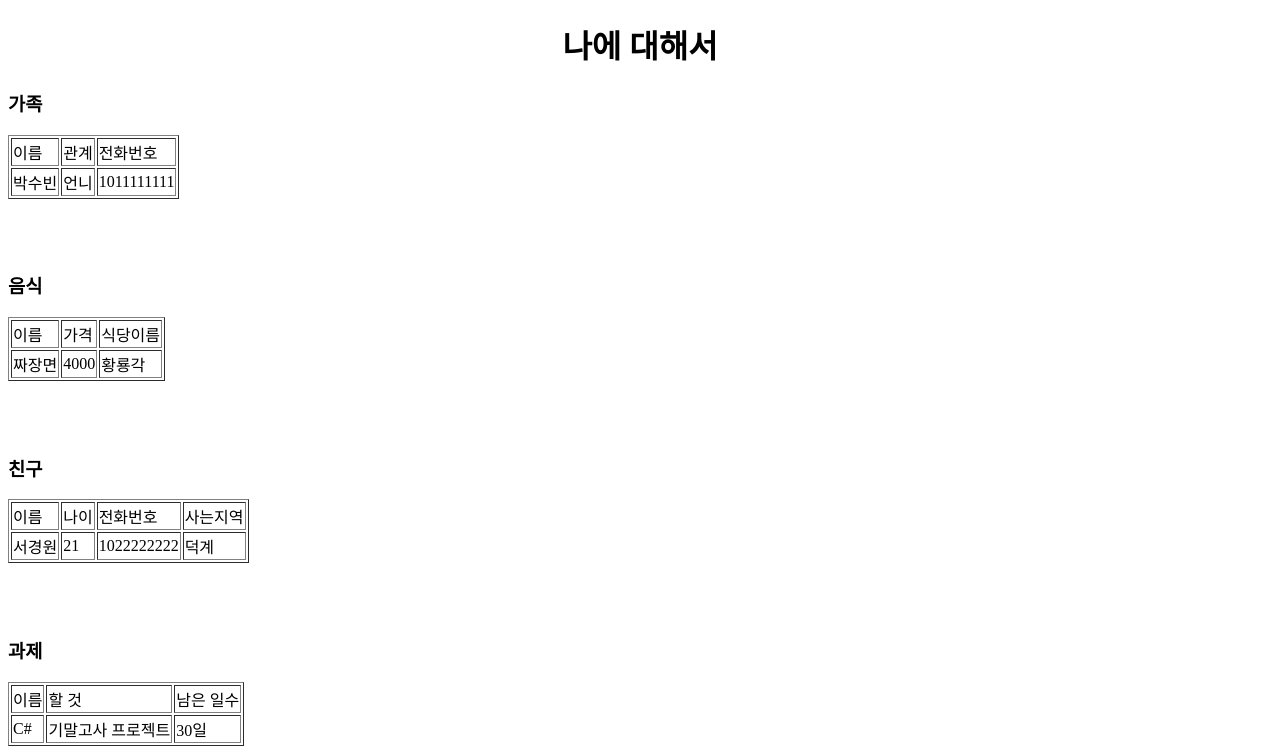
Repository: hyun5292/school
Page: http://localhost/PSH_1116_task/AboutMe.jsp
These files come from the project's save history. The page is drawn as it stood at one moment and after the next save; the edit follows.
The browser window is 1280 px wide. The pictures show the whole page.
The page is served by Tomcat 9.

Above is the page before, as saved 2018-11-16 07:50:58.

After the next save:
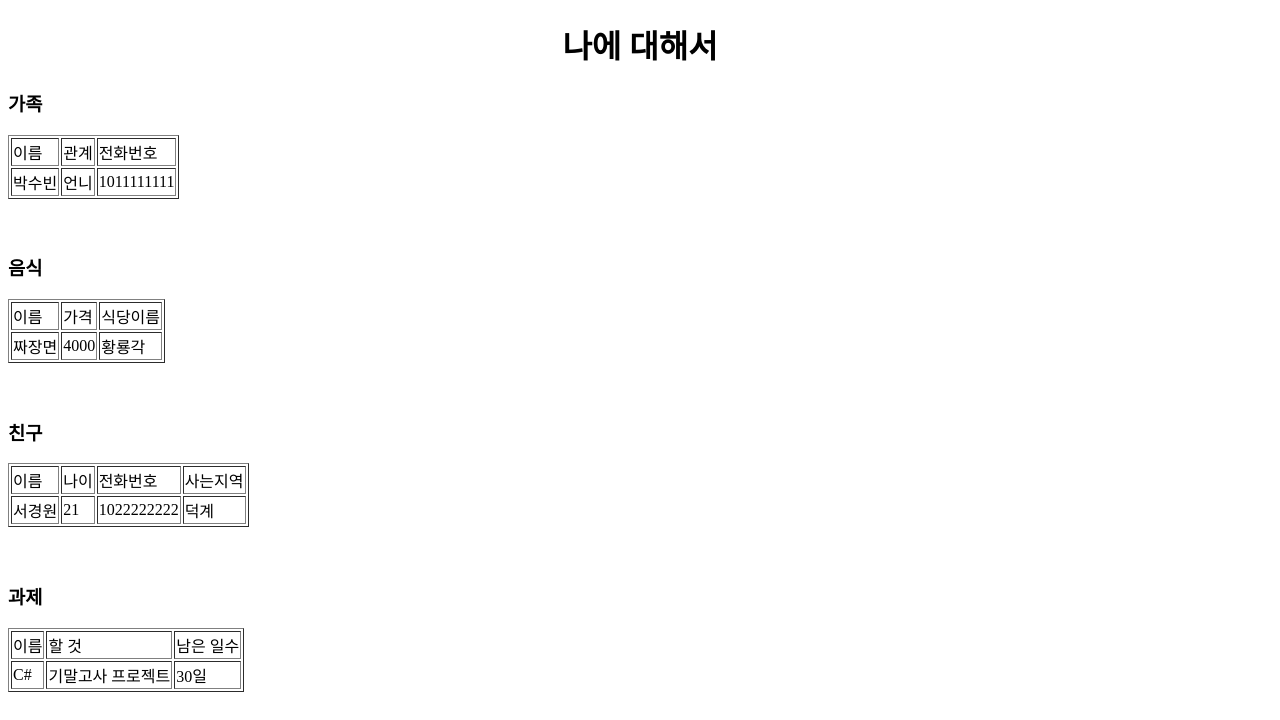
Saved 25 s later.
--- a/JSP2-2/PSH_1116_2/PSH_1116_task/WebContent/AboutMe.jsp
+++ b/JSP2-2/PSH_1116_2/PSH_1116_task/WebContent/AboutMe.jsp
@@ -55,7 +55,7 @@
 			</td>
 		</tr>
 	</table>
-	<br/><br/><br/>
+	<br/><br/>
 	<h3>음식</h3>
 	<table border="1">
 		<tr>
@@ -81,7 +81,7 @@
 			</td>
 		</tr>
 	</table>
-	<br/><br/><br/>
+	<br/><br/>
 	<h3>친구</h3>
 	<table border="1">
 		<tr>
@@ -113,7 +113,7 @@
 			</td>
 		</tr>
 	</table>
-	<br/><br/><br/>
+	<br/><br/>
 	<h3>과제</h3>
 	<table border="1">
 		<tr>
